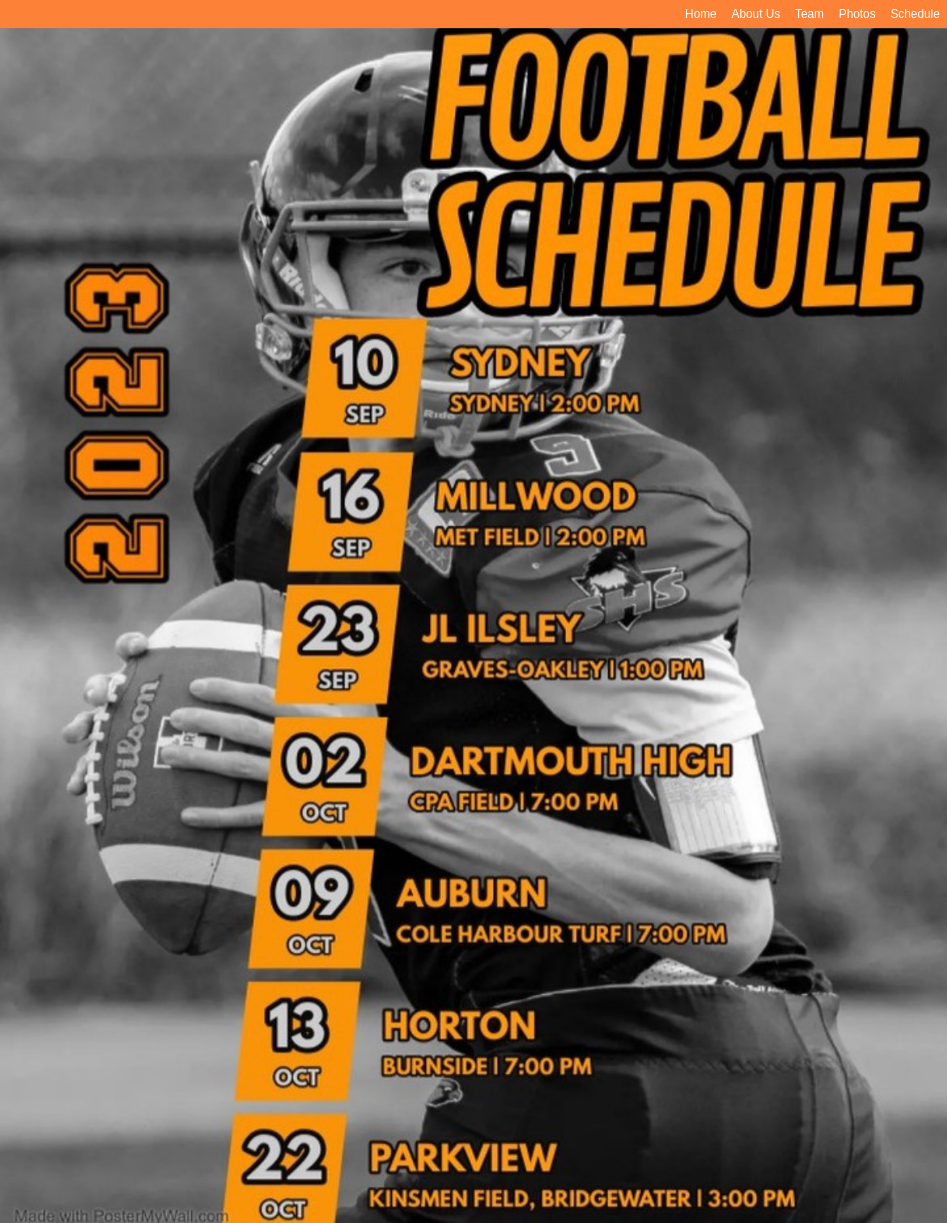
Repository: SHSFootballRepo/Website
Page: public/schedule.html
These files come from the project's save history. The page is drawn as it stood at one moment and after the next save; the edit follows.
The browser window is 1280 px wide. The pictures show the whole page, at 74% of full size.

Above is the page before, as saved 2023-08-19 19:04:15.

### public/schedule.html
<!DOCTYPE html>
<html lang="en">
<head>
    <meta charset="UTF-8">
    <meta name="viewport" content="width=device-width, initial-scale=1.0">
    <link rel="stylesheet" href="styles.css">
    <title>SHS Football Team Homepage</title>
</head>
<body>
    <header>
        <nav>
            <ul>
                <li><a href="/index.html">Home</a></li>
                <li><a href="/about.html">About Us</a></li>
                <li><a href="/team.html">Team</a></li>
                <li><a href="/photos.html">Photos</a></li>
                <li><a href="/schedule.html">Schedule</a></li>
            </ul>
        </nav>


    </header>
<section class="schedule1">
    <img src="image0.png" alt="Schedule">
</section>
</body>

### public/styles.css
/* Reset some default styles */
body, h1, h2, h3, p {
    margin: 0;
    padding: 0;
}

/* Basic styling */
body {
    background: linear-gradient(to right, #FD8137, white);
    margin: 0;
    padding: 0;
    font-family: Arial, sans-serif;
}

header {
    background:#FD8137;
    color: #fff;
    padding: 10px;
    display: flex;
    justify-content: flex-end;
}

nav ul {
    list-style: none;
    display: flex;
    margin: 0;
    padding: 0;
}

nav ul li {
    margin-left: 20px;
}

nav ul li a {
    text-decoration: none;
    color: #fff;
    transition: color 0.3s; /* Smooth color transition on hover */
}

nav ul li a:hover {
    color: #FD8137; /* Change color on hover */
}

/* Hero section and other styles... */


.hero {
    text-align: center;
    padding: 50px 1;
    background-color: linear-gradient(to right, #FD8137, black);
}

.hero img {
    max-width: 25%;
    height: auto;
}

.hero h1 {
    font-size: 36px;
    margin: 20px 0;
}

.cta-button {
    display: inline-block;
    padding: 10px 20px;
    background-color: #333;
    color: #fff;
    text-decoration: none;
    border-radius: 5px;
    transition: background-color 0.3s; /* Smooth background color transition on hover */
    margin-top: 15px;
}

.cta-button:hover {
    background-color: #555; /* Change background color on hover */
}

.latest-news {
    padding: 50px;
}

.news-card {
    padding: 20px;
    margin-bottom: 20px;
    background-color: #fff;
    border-radius: 5px;
}

.news-card img {
    max-width: 5%;
    height: auto;
}

.WIP {
    text-align: center;
    padding: 25px 1;
    background-color: white;
    border-radius: 5px;
    margin: 500;
}

footer {
    text-align: center;
    padding: 20px 0;
    background-color: #333;
    color: #fff;
}

.page-content {
    padding: 50px;
    text-align: center;
    font-size: xx-large;
}

.schedule1 img {
    position: relative;
    width: 100%; /* Adjust this if needed */
    height: 25%; /* Adjust this if needed */
    display: flex;
    justify-content: center;
    align-items: center;
}

After the next save:
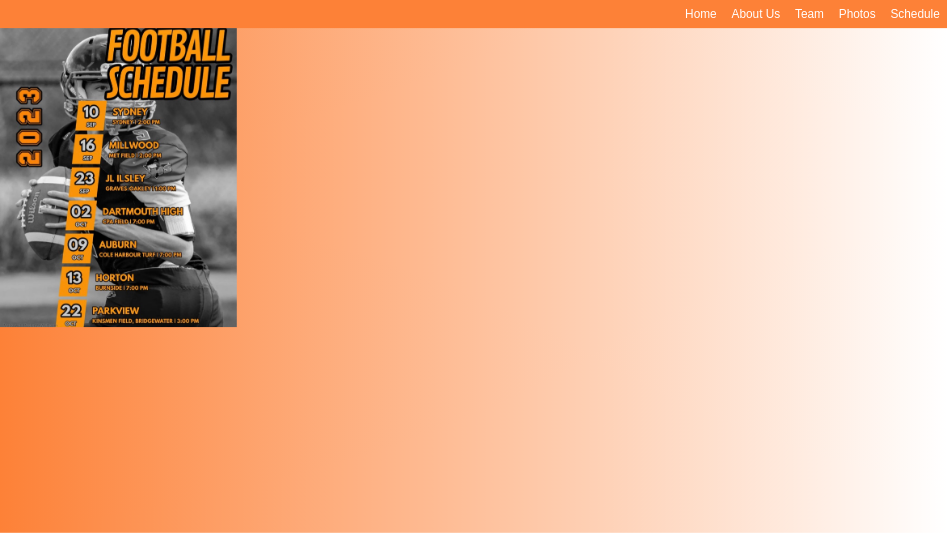
Saved 14 s later.
--- a/public/styles.css
+++ b/public/styles.css
@@ -114,7 +114,7 @@
 
 .schedule1 img {
     position: relative;
-    width: 100%; /* Adjust this if needed */
+    width: 25%; /* Adjust this if needed */
     height: 25%; /* Adjust this if needed */
     display: flex;
     justify-content: center;
